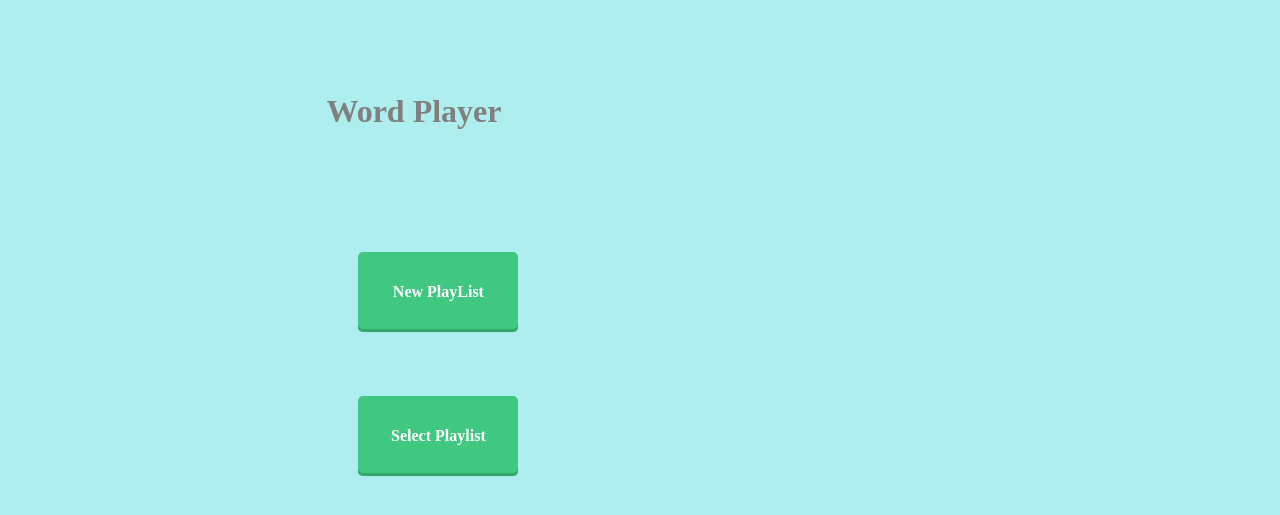
Repository: Artem-Brunov/msu_prac
Page: workspace/BasicUI/index.html
An editor plug-in stored every save of this project. The page is shown before and after the next save, followed by the edit.
The browser window is 1280 px wide. The pictures show the whole page.

Above is the page before, as saved 2017-11-19 20:14:41.

After the next save:
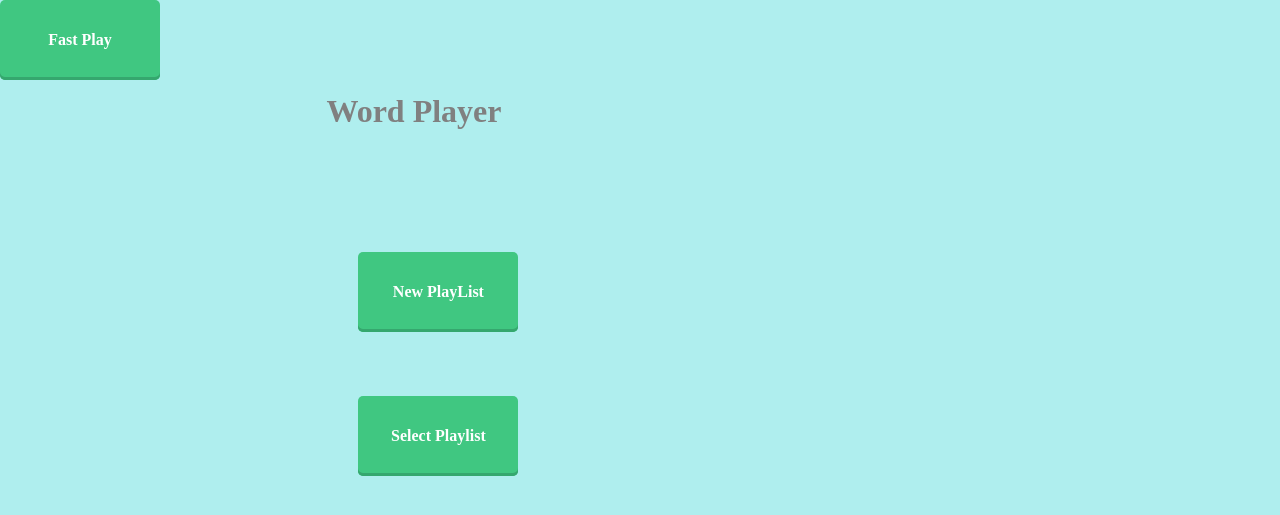
Saved 25 min 28 s later.
--- a/workspace/BasicUI/index.html
+++ b/workspace/BasicUI/index.html
@@ -17,14 +17,13 @@
 			<h1>Word Player</h1>
 		</div>
 		<div class = "New">
-			<div class = "Centr">
-				<a href = "NewPlayList.html" class = "first_button">New PlayList</a>
-			</div>
+			<a href = "NewPlayList.html" class = "first_button">New PlayList</a>
 		</div>
 		<div class = "Select">
-			<div class = "Centr">
-				<a href = "" class = "first_button" >Select Playlist</a>
-			</div>
+			<a href = "Select.html" class = "first_button" >Select Playlist</a>
+		</div>
+		<div class = "FastPlay">
+			<a href = "Fastplay.html" class = "first_button" >Fast Play</a>
 		</div>
 
 	</div>
